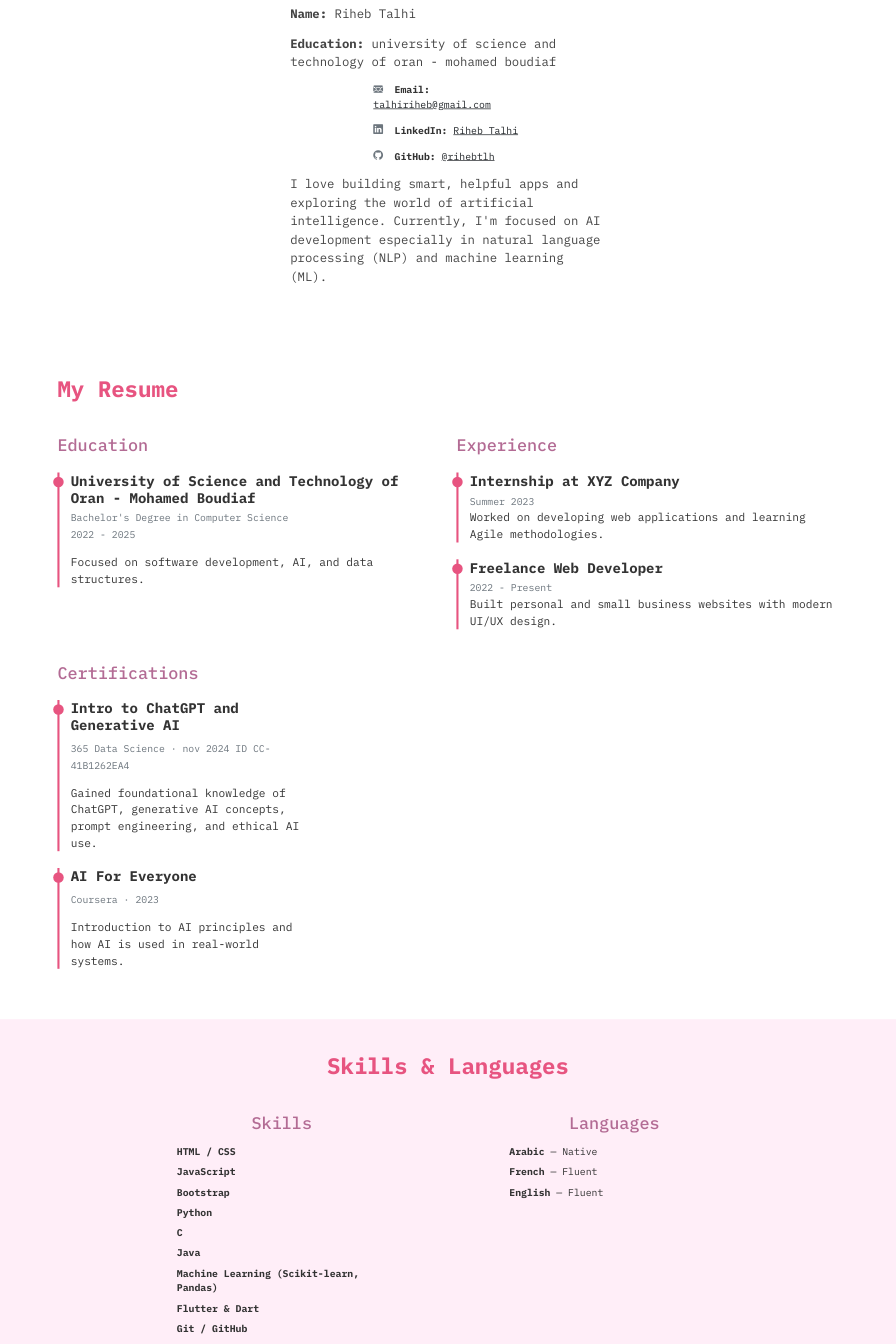
Repository: rihebtlh/portfolio
Page: new.html
These files come from the project's save history. The page is drawn as it stood at one moment and after a run of saves; the edit follows.
The browser window is 1280 px wide. The pictures show the part of the page from y = 840 to 2760 px (the page is 4337 px tall before and 4205 px after), at 70% of full size.

Above is the page before, as saved 2025-07-02 17:45:36.

### new.html
<!DOCTYPE html>
<html lang="en">
<head>
  <meta charset="UTF-8" />
  <meta name="viewport" content="width=device-width, initial-scale=1.0" />
  <title>Riheb Talhi Portfolio</title>
  <link href="https://cdn.jsdelivr.net/npm/bootstrap@5.0.2/dist/css/bootstrap.min.css" rel="stylesheet" />
  <script src="https://cdn.jsdelivr.net/npm/bootstrap@5.0.2/dist/js/bootstrap.bundle.min.js"></script>
  <link rel="stylesheet" href="https://cdn.jsdelivr.net/npm/bootstrap-icons@1.10.5/font/bootstrap-icons.css">
  <link href="https://fonts.googleapis.com/css2?family=IBM+Plex+Mono:wght@400;500;700&display=swap" rel="stylesheet">

  <style>
    body {
      font-family: 'IBM Plex Mono', monospace;
      color: #333;
      background: #fff;
    }

    .navbar {
      background: rgba(255, 255, 255, 0.9);
      box-shadow: 0 4px 6px rgba(0, 0, 0, 0.05);
    }

    .navbar-nav .nav-link {
      color: #b36b94 !important;
      font-weight: 500;
    }

    .navbar-nav .nav-link:hover {
      color: #e75480 !important;
    }

    .btn-secondary {
      background-color: #d9a7c7;
      border: none;
    }

    .btn-secondary:hover {
      background-color: #e2b8d3;
    }

    h1, h2 {
      font-weight: 700;
    }

    .display-2 {
      color: #e75480;
    }

    .display-5 {
      color: #a070a8;
    }

    section {
      padding: 4rem 0;
    }

    .head {
      background-color: #ffeef8;
    }

    .about {
      background-color: #ffffff;
    }

    .about h2 {
      color: #e75480;
    }

    .about p {
      font-size: 1.1rem;
      color: #444;
      max-width: 800px;
    }

    img.rounded-circle {
      border: 4px solid #fff;
    }
    /* Simple timeline style */
  .timeline-item {
    border-left: 3px solid #e75480;
    padding-left: 1rem;
    position: relative;
  }
  .timeline-item::before {
    content: '';
    position: absolute;
    left: -9px;
    top: 0.4rem;
    width: 15px;
    height: 15px;
    background: #e75480;
    border-radius: 50%;
  }
  /* Fade-up effect */
    .fade-up {
      opacity: 0;
      transform: translateY(40px);
      transition: all 0.6s ease-in-out;
    }

    .fade-up.show {
      opacity: 1;
      transform: translateY(0);
    }

    /* Slide-in from left for the name */
    .slide-left {
      opacity: 0;
      transform: translateX(-100px);
      animation: slideLeft 1s ease-out forwards;
    }

    .btn-secondary:hover {
      background-color: #e2b8d3;
      transform: scale(1.03);
      transition: transform 0.2s ease-in-out;
    }

    @keyframes slideLeft {
      to {
        opacity: 1;
        transform: translateX(0);
      }
    }
    .floating {
      animation: float 3s ease-in-out infinite;
    }

    @keyframes float {
      0% { transform: translateY(0); }
      50% { transform: translateY(-10px); }
      100% { transform: translateY(0); }
    }
    .typewriter {
      overflow: hidden;
      border-right: .15em solid #e75480;
      white-space: nowrap;
      animation: typing 4s steps(30, end), blink .75s step-end infinite;
      font-size: 1.25rem;
      width: fit-content;
    }

    @keyframes typing {
      from { width: 0 }
      to { width: 100% }
    }

    @keyframes blink {
      from, to { border-color: transparent }
      50% { border-color: #e75480; }
    }



  </style>
</head>
<body>
  <!-- Navbar -->
  <nav class="navbar navbar-expand-md navbar-light fixed-top">
    <div class="container-xxl">
      <button class="navbar-toggler" type="button" data-bs-toggle="collapse" data-bs-target="#main-nav"
        aria-controls="main-nav" aria-expanded="false" aria-label="Toggle navigation">
        <span class="navbar-toggler-icon"></span>
      </button>

      <div class="collapse navbar-collapse justify-content-end align-items-center" id="main-nav">
        <ul class="navbar-nav">
          <li class="nav-item"><a class="nav-link" href="#about">About Me</a></li>
          <li class="nav-item"><a class="nav-link" href="#resume">My Resume</a></li>
          <li class="nav-item"><a class="nav-link" href="#skills">Skills & Languages</a></li>
          <li class="nav-item"><a class="nav-link" href="#projects">Projects</a></li>
          <li class="nav-item ms-2 d-none d-md-inline">
            <a class="btn btn-secondary" href="#contact">Contact me here!</a>
          </li>
        </ul>
      </div>
    </div>
  </nav>

  <!-- Hero Section -->
    <section class="head d-flex align-items-center fade-up" style="min-height: 100vh;" id="home">
    <div class="container-lg">
        <div class="row justify-content-center align-items-center">
        <div class="col-md-8 text-start">
            <h1>
            <div class="display-2 fw-bold slide-left">Riheb Talhi</div>
            <div class="display-5 ">Computer Science Student</div>
            <div class="display-6 text-muted typewriter">just love to solve real-world problems through creative coding.</div>
            </h1>
        </div>
        <div class="col-md-4 text-center d-none d-md-block">
            <span class="tt" data-bs-placement="bottom" title="pic"><img src="/assets/pic.jpg" alt="Your photo" class="img-fluid rounded-circle shadow floating" style="max-height: 400px;"></span>
        </div>
        </div>
    </div>
    </section>


  <!-- About Me Section (White) -->
  <section class="about fade-up" id="about">
    <div class="container-lg">
      <div class="row justify-content-center">
        <div class="col-md-5">
          <h2 class="mb-4">About Me</h2>
          <p><strong>Name:</strong> Riheb Talhi</p>
          <p><strong>Education:</strong> university of science and technology of oran - mohamed boudiaf</p>
          <div class="row justify-content-center">
            <div class="col-md-6">
              <ul class="list-unstyled small text-start mx-auto" style="max-width: 400px;">
                <li class="mb-3">
                  <i class="bi bi-envelope-heart-fill text-secondary me-2"></i>
                  <strong>Email:</strong> <a href="mailto:talhiriheb@gmail.com" class="text-dark">talhiriheb@gmail.com</a>
                </li>
                <li class="mb-3">
                  <i class="bi bi-linkedin text-secondary me-2"></i>
                  <strong>LinkedIn:</strong> <a href="https://www.linkedin.com/in/riheb-talhi-bab320293" target="_blank" class="text-dark">Riheb Talhi</a>
                </li>
                <li class="mb-3">
                  <i class="bi bi-github text-secondary me-2"></i>
                  <strong>GitHub:</strong> <a href="https://github.com/rihebtlh" target="_blank" class="text-dark">@rihebtlh</a>
                </li>
              </ul>
            </div>
          </div>
          <p>
            I love building smart, helpful apps and exploring the world of artificial intelligence.
            Currently, I'm focused on AI development especially in natural language processing (NLP) and machine learning (ML).
          </p>

        </div>
      </div>
    </div>
  </section>
  <!-- Resume Section -->
    <section id="resume" class="py-5 fade-up" style="background:#fff;">
        <div class="container-lg">
            <h2 class="mb-5" style="color:#e75480;">My Resume</h2>
            <div class="row">

            <!-- Education -->
            <div class="col-md-6 mb-4">
                <h4 class="mb-4" style="color:#b36b94;">Education</h4>
                <div class="timeline">
                <div class="timeline-item mb-4">
                    <h5 class="mb-1 fw-bold">University of Science and Technology of Oran - Mohamed Boudiaf</h5>
                    <p class="text-muted mb-0"><small>Bachelor's Degree in Computer Science</small></p>
                    <p class="text-muted"><small>2022 - 2025</small></p>
                    <p>Focused on software development, AI, and data structures.</p>
                </div>
                <!-- Add more education here if needed -->
                </div>
            </div>

            <!-- Experience -->
            <div class="col-md-6 mb-4">
                <h4 class="mb-4" style="color:#b36b94;">Experience</h4>
                <div class="timeline">
                <div class="timeline-item mb-4">
                    <h5 class="mb-1 fw-bold">Internship at XYZ Company</h5>
                    <p class="text-muted mb-0"><small>Summer 2023</small></p>
                    <p>Worked on developing web applications and learning Agile methodologies.</p>
                </div>
                <div class="timeline-item mb-4">
                    <h5 class="mb-1 fw-bold">Freelance Web Developer</h5>
                    <p class="text-muted mb-0"><small>2022 - Present</small></p>
                    <p>Built personal and small business websites with modern UI/UX design.</p>
                </div>
                <!-- Add more experience as needed -->
                </div>
            </div>
            </div>
            <!-- Certifications -->
            <div class="col-md-4 mb-4">
                <h4 class="mb-4" style="color:#b36b94;">Certifications</h4>
                <div class="timeline">
                <div class="timeline-item mb-4">
                    <h5 class="fw-bold">Intro to ChatGPT and Generative AI</h5>
                    <p class="text-muted"><small>365 Data Science · nov 2024 ID CC-41B1262EA4</small></p>
                    <p>Gained foundational knowledge of ChatGPT, generative AI concepts, prompt engineering, and ethical AI use.</p>
                </div>
                <div class="timeline-item mb-4">
                    <h5 class="fw-bold">AI For Everyone</h5>
                    <p class="text-muted"><small>Coursera · 2023</small></p>
                    <p>Introduction to AI principles and how AI is used in real-world systems.</p>
                </div>
                </div>
            </div>
        </div>
    </section>
    <!-- Skills & Languages Section -->
    <section id="skills" class="py-5 fade-up" style="background-color: #ffeef8;">
    <div class="container-lg text-center">
        <h2 class="mb-5" style="color: #e75480;">Skills & Languages</h2>

        <div class="row justify-content-center">
        <!-- Skills -->
        <div class="col-md-5 mb-4">
            <h4 class="mb-3" style="color: #b36b94;">Skills</h4>
            <ul class="list-unstyled small text-start mx-auto" style="max-width: 300px;">
            <li class="mb-2"><strong>HTML / CSS</strong></li>
            <li class="mb-2"><strong>JavaScript</strong></li>
            <li class="mb-2"><strong>Bootstrap</strong></li>
            <li class="mb-2"><strong>Python</strong></li>
            <li class="mb-2"><strong>C</strong></li>
            <li class="mb-2"><strong>Java</strong></li>
            <li class="mb-2"><strong>Machine Learning (Scikit-learn, Pandas)</strong></li>
            <li class="mb-2"><strong>Flutter & Dart</strong></li>
            <li class="mb-2"><strong>Git / GitHub</strong></li>
            </ul>
        </div>

        <!-- Languages -->
        <div class="col-md-5 mb-4">
            <h4 class="mb-3" style="color: #b36b94;">Languages</h4>
            <ul class="list-unstyled small text-start mx-auto" style="max-width: 300px;">
            <li class="mb-2"><strong>Arabic</strong> — Native</li>
            <li class="mb-2"><strong>French</strong> — Fluent</li>
            <li class="mb-2"><strong>English</strong> — Fluent</li>
            </ul>
        </div>
        </div>
    </div>
    </section>
    <!-- Projects Section -->
    <section id="projects" class="py-5 fade-up" style="background-color: #fff;">
      <div class="container-lg">
        <h2 class="mb-5 text-center" style="color: #e75480;">Projects</h2>

        <div class="row justify-content-center g-4">
          <div class="col-md-3">
            <div class="p-4 border rounded-4 h-100" style="border-color: #ffd6e8; background-color: #fff;">
              <img src="assets/Group.png" alt="Pookie App Preview" class="img-fluid rounded mb-3" style="max-height: 300px; width: 100%; object-fit: cover;">
              <h5 class="fw-bold" style="color: #b36b94;">Pookie – AI Learning App for Kids - 2025</h5>
              <p class="text-muted small mb-2">
                A fun and interactive mobile app that helps kids learn using AI tools like chatbots, voice recognition, grammar correction, and cute quizzes.
              </p>
              <p class="mb-2 small"><strong>Technologies:</strong> Flutter, Gemini API, Hugging Face, Firebase</p>
              <a href="#" target="_blank" class="btn btn-sm btn-secondary">View more!</a>
            </div>
          </div>

          <!-- Project 1 -->
          <div class="col-md-3">
            <div class="p-4 border rounded-4 h-100" style="border-color: #ffd6e8; background-color: #fff;">
              <!-- Project Image -->
              <img src="assets/catLogo.webp" alt="Catty Website Preview" class="img-fluid rounded mb-2">
              <!-- Project Content -->
              <h5 class="fw-bold" style="color: #b36b94;">Catty – Cat Adoption Website -2025</h5>
              <p class="text-muted small mb-2"><strong>A cute and responsive cat adoption website</strong> that lets users discover and adopt cats, explore breeds like Siamese, Maine Coon, and Russian Blue, and shop for essential cat items.</p>
              <p class="mb-2"><strong>Technologies:</strong> HTML, CSS, Bootstrap</p>
              <a href="https://github.com/rihebtlh/catty-storefront" target="_blank" class="btn btn-sm btn-secondary">GitHub</a>
            </div>
          </div>
          <!-- Project 2 -->
          <div class="col-md-3">
            <div class="p-4 border rounded-4 h-100" style="border-color: #ffd6e8;">
              <h5 class="fw-bold" style="color: #b36b94;">SNAKE Language Compiler – 2024</h5>
              <p class="text-muted small mb-2"><strong>Developed a compiler for the SNAKE programming language, incorporating:</strong></p>
              <p class="text-muted small mb-2">
                <ul>
                  <li>Lexical, syntactic, and semantic analysis to process source code.</li>
                  <li>Robust error detection for syntax errors, type mismatches, and undeclared variables.</li>
                  <li>A graphical user interface that allows users to load .snk files and perform different analyses interactively.</li>
                </ul>
              </p>
              <p class="mb-2"><strong>Technologies:</strong> Flex & Bison, Java, and Java Swing</p>
              <a href="https://github.com/rihebtlh/Compilation" target="_blank" class="btn btn-sm btn-secondary">GitHub</a>
            </div>
          </div>
          <!-- Project 3 -->
          <div class="col-md-3">
            <div class="p-4 border rounded-4 h-100" style="border-color: #ffd6e8;">
              <h5 class="fw-bold" style="color: #b36b94;">Health Monitoring Application – 2024</h5>
              <p class="text-muted small mb-2"><strong>Developed an interactive health monitoring application with distinct roles:</strong></p>
              <p class="text-muted small mb-2">
                <ul>
                  <li>Patients can track vital parameters such as weight, temperature, blood pressure, and blood sugar levels.</li>
                  <li>Doctors can view patient data through detailed charts 📊 and tables for better health analysis.</li>
                  <li>Administrators manage user accounts and maintain system operations.</li>
                </ul>
                <p>
                  The application features a user-friendly graphical interface built with Java Swing,
                  dynamic charting and data visualization using JFreeChart,
                  and real-time communication between users powered by XMPP.
                </p></p>
              <p class="mb-2"><strong>Technologies:</strong> Java, Java Swing, JFreeChart, XMPP</p>
              <a href="https://github.com/rihebtlh/health" target="_blank" class="btn btn-sm btn-secondary">GitHub</a>
            </div>
          </div>
        </div>
      </div>
    </section>
    <!-- Contact Section -->
    <section id="contact" class="py-5" style="background-color: #ffeef8;">
      <div class="container-lg text-center">
        <h2 class="mb-4" style="color: #e75480;">Let's Get in Touch!</h2>
        <p class="mb-4 text-muted">I'm always open to new opportunities, collaborations, or just a friendly chat 💌</p>
        <!-- Contact -->
        <div class="row justify-content-center">
          <div class="col-md-6">
            <a href="mailto:talhiriheb@gmail.com" class="btn btn-secondary mt-3">Send me a message</a>
          </div>
        </div>
      </div>
    </section>
  <!-- Tooltip Init -->
  <script>
    const tooltips = document.querySelectorAll('.tt');
    tooltips.forEach(t => {
      new bootstrap.Tooltip(t);
    });

  // Fade-up on scroll
  const fadeElems = document.querySelectorAll('.fade-up');
  const showOnScroll = () => {
    fadeElems.forEach(el => {
      const rect = el.getBoundingClientRect();
      if (rect.top < window.innerHeight - 100) {
        el.classList.add('show');
      }
    });
  };
  window.addEventListener('scroll', showOnScroll);
  window.addEventListener('load', showOnScroll);
  </script>


</body>
</html>

After the next 2 saves:
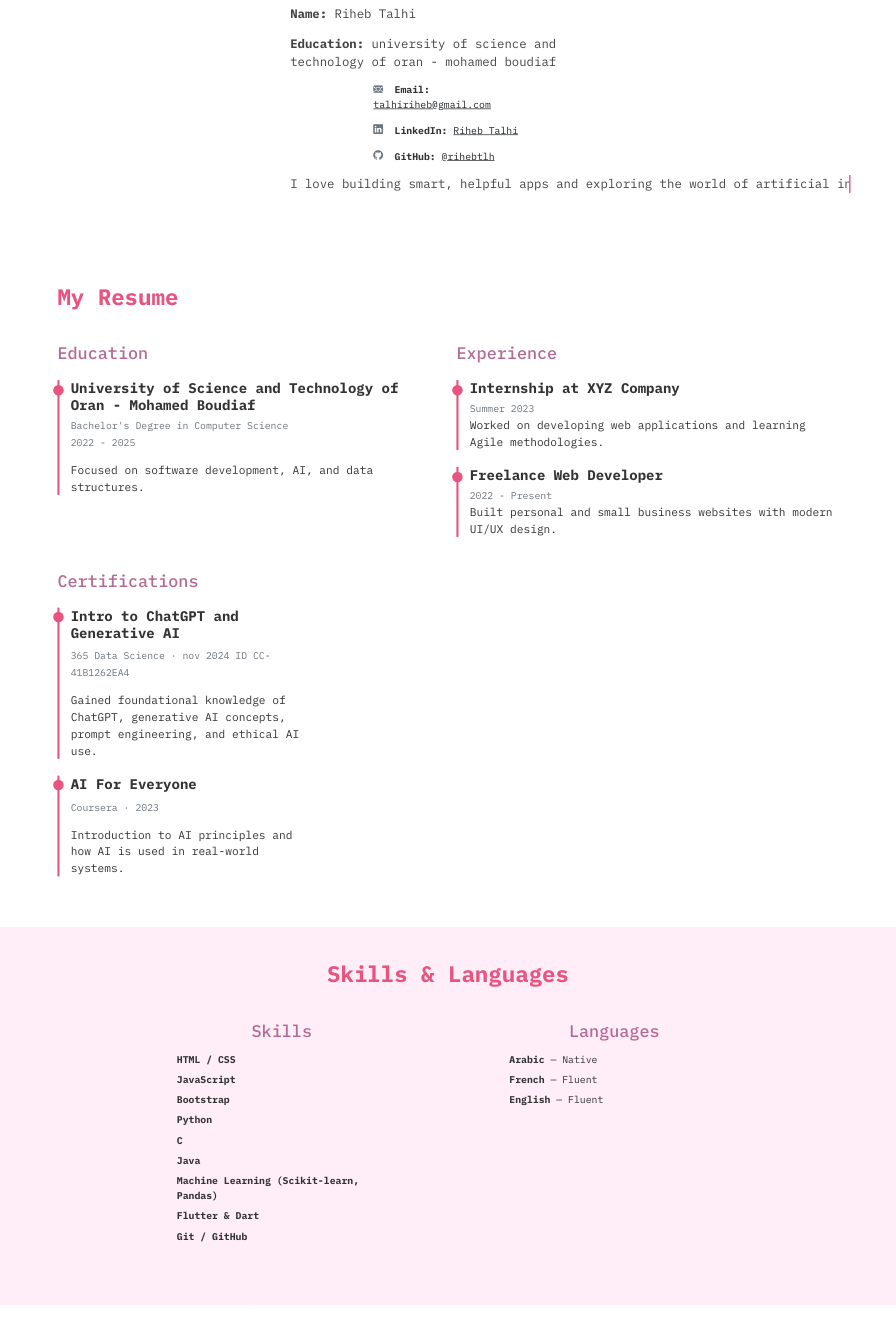
The 2 saves are shown as one change because they came seconds apart.
The last was saved 23 s later.
--- a/new.html
+++ b/new.html
@@ -223,7 +223,7 @@
               </ul>
             </div>
           </div>
-          <p>
+          <p class="typewriter">
             I love building smart, helpful apps and exploring the world of artificial intelligence.
             Currently, I'm focused on AI development especially in natural language processing (NLP) and machine learning (ML).
           </p>

After the save that followed:
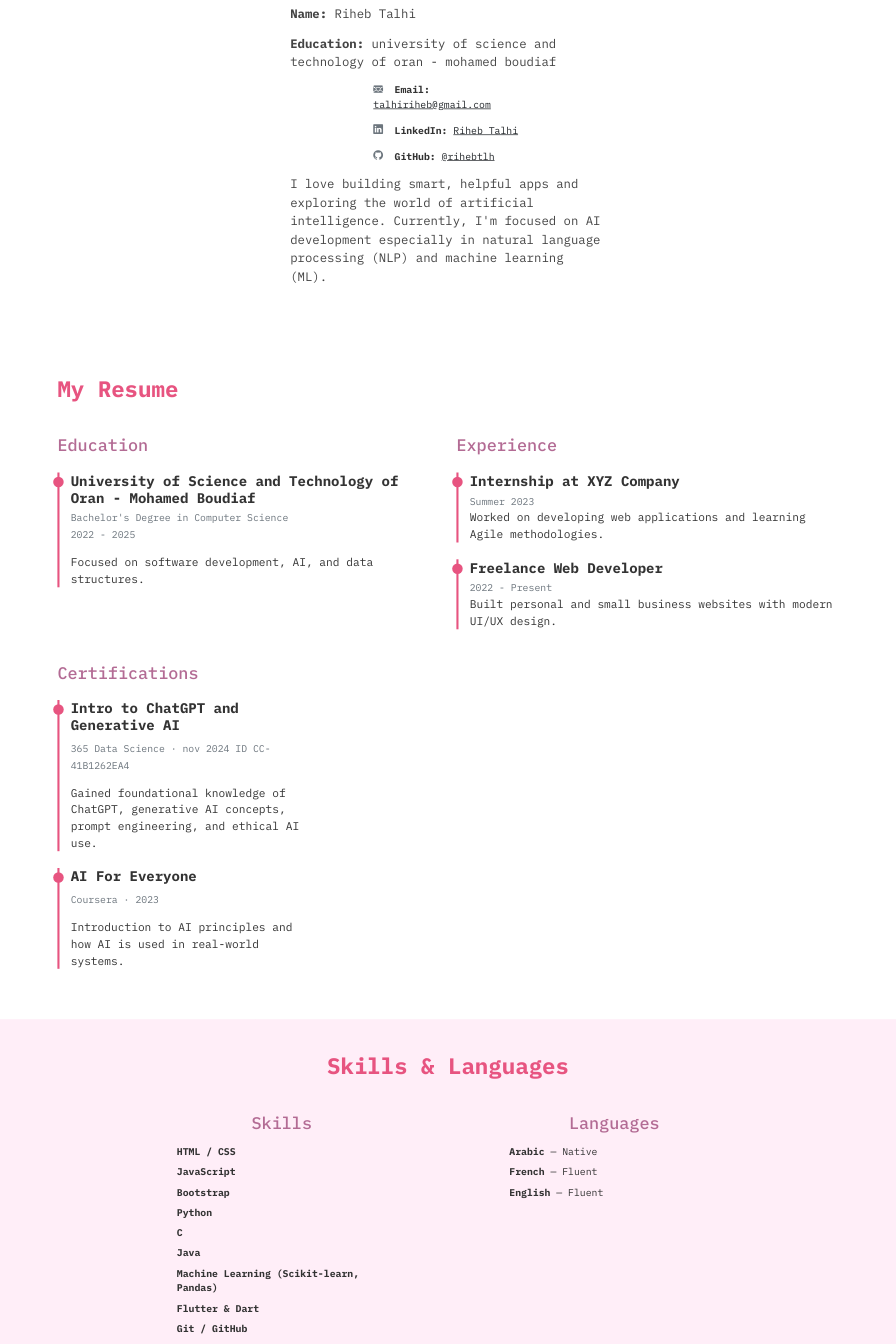
Saved 14 s later.
--- a/new.html
+++ b/new.html
@@ -223,7 +223,7 @@
               </ul>
             </div>
           </div>
-          <p class="typewriter">
+          <p >
             I love building smart, helpful apps and exploring the world of artificial intelligence.
             Currently, I'm focused on AI development especially in natural language processing (NLP) and machine learning (ML).
           </p>
